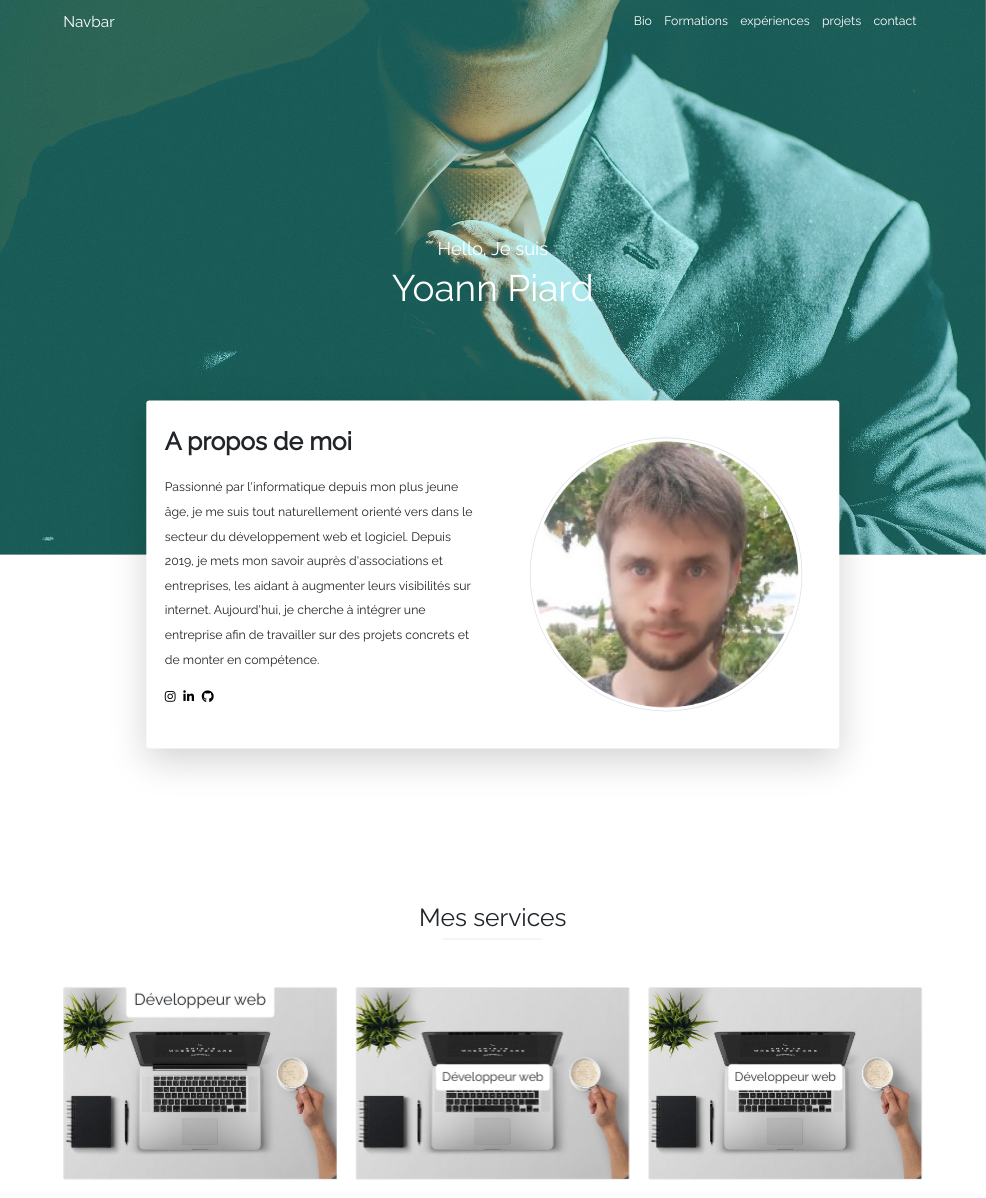
Repository: ypiard85/port-folio-bootstrap-yoann-2021
Page: index.html
An editor plug-in stored every save of this project. The page is shown before and after the next save, followed by the edit.
The browser window is 1280 px wide. The pictures show the whole page, at 77% of full size.
The pointer rests on the first visible `.card__face--front`.

Above is the page before, as saved 2021-03-09 17:50:31.
Console error: TypeError: window.onload is not a function

After the next save:
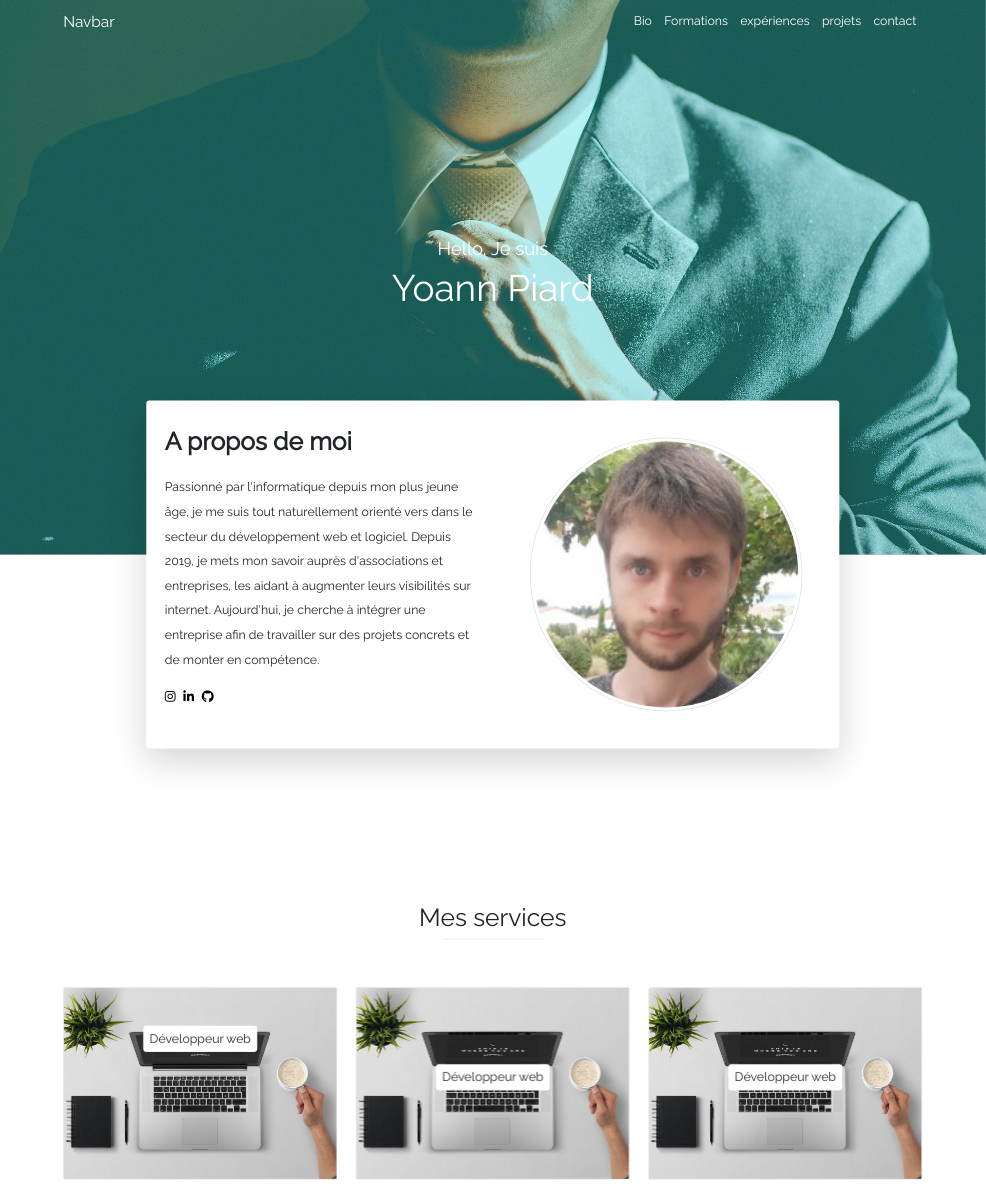
Saved 27 s later.
--- a/resource/style.css
+++ b/resource/style.css
@@ -160,6 +160,6 @@ header h1{
     transform-style: preserve-3d;
   }
 
-  .card__face--front:hover .card__face--back{
+  .card__face--front:hover .flipped-p{
     transform: translateY(-50px);
 }
